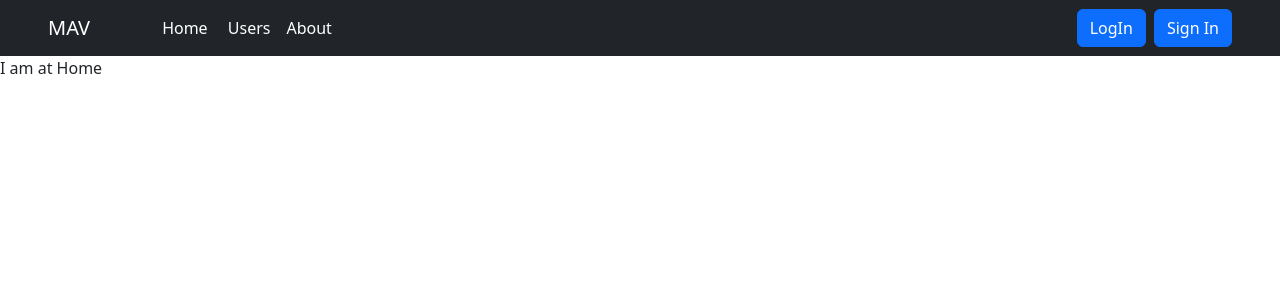
Repository: Dekabrist94/Bootstrap-First-Page
Page: /
An editor plug-in stored every save of this project. The page is shown before and after the next save, followed by the edit.
The browser window is 1280 px wide. The pictures show the whole page.
The project was rebuilt for these pictures with package versions that can differ from the ones it lists, and the page was loaded fresh each time. Also part of the build but not shown: src/components/Users.js, src/components/About.js.

Above is the page before, as saved 2023-04-14 12:12:42.

### src/App.js
import React from 'react';
import { Navibar } from './components/Navibar';
import 'bootstrap/dist/css/bootstrap.min.css';

import { Home } from './components/Home';
import { Users } from './components/Users';
import { About } from './components/About';

import { BrowserRouter as Router, Routes, Route } from 'react-router-dom';

function App() {
  return (
    <>
      <Router>
        <Navibar />
        <Routes>
          <Route exact path="/" element={<Home />} />
          <Route path="/users" element={<Users />} />
          <Route path="/about" element={<About />} />
        </Routes>
      </Router>
    </>
  );
}

export default App;

### src/components/Navibar.js
import React from 'react';
import { Nav, Navbar, Button } from 'react-bootstrap';
import { Link } from 'react-router-dom';

export const Navibar = () => {
  return (
    <>
      <Navbar collapseOnSelect expand="lg" bg="dark" variant="dark">
        <Navbar.Brand className="ms-5 me-5">MAV</Navbar.Brand> {/*LOGO */}
        <Navbar.Toggle aria-controls="responsive-navbar-nav" /> {/* Svernut Menu */}
        <Navbar.Collapse id="responsive-navbar-nav">
          {/*Razvernut Menu */}
          <Nav className="me-auto ">
            <Nav.Link>
              <Link className="ms-3 text-decoration-none text-white" to="/">
                Home
              </Link>
              <Link className="ms-3 text-decoration-none text-white" to="/users">
                {' '}
                Users
              </Link>
              <Link className="ms-3  text-decoration-none text-white" to="/about">
                About
              </Link>{' '}
            </Nav.Link>
          </Nav>
          <Nav className="me-5">
            <Button variant="primary" className=" me-2">
              LogIn
            </Button>
            <Button variant="primary">Sign In</Button>
          </Nav>
        </Navbar.Collapse>
      </Navbar>
    </>
  );
};

### src/components/Home.js
import React from 'react';

export const Home = () => {
  return <>I am at Home</>;
};

Loaded but not shown: public/index.html (common file); src/index.js (common file); src/index.css (common file); src/reportWebVitals.js (common file)

After the next save:
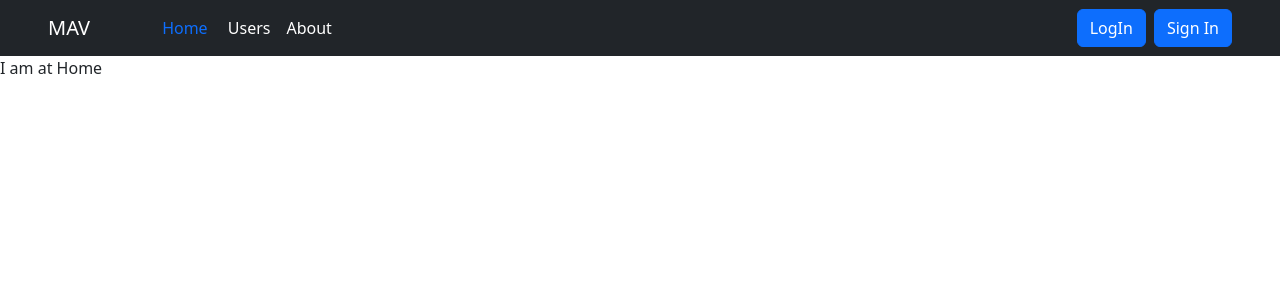
Saved 15 s later.
--- a/src/components/Navibar.js
+++ b/src/components/Navibar.js
@@ -12,7 +12,7 @@ export const Navibar = () => {
           {/*Razvernut Menu */}
           <Nav className="me-auto ">
             <Nav.Link>
-              <Link className="ms-3 text-decoration-none text-white" to="/">
+              <Link className="ms-3 text-decoration-none text-grey" to="/">
                 Home
               </Link>
               <Link className="ms-3 text-decoration-none text-white" to="/users">
